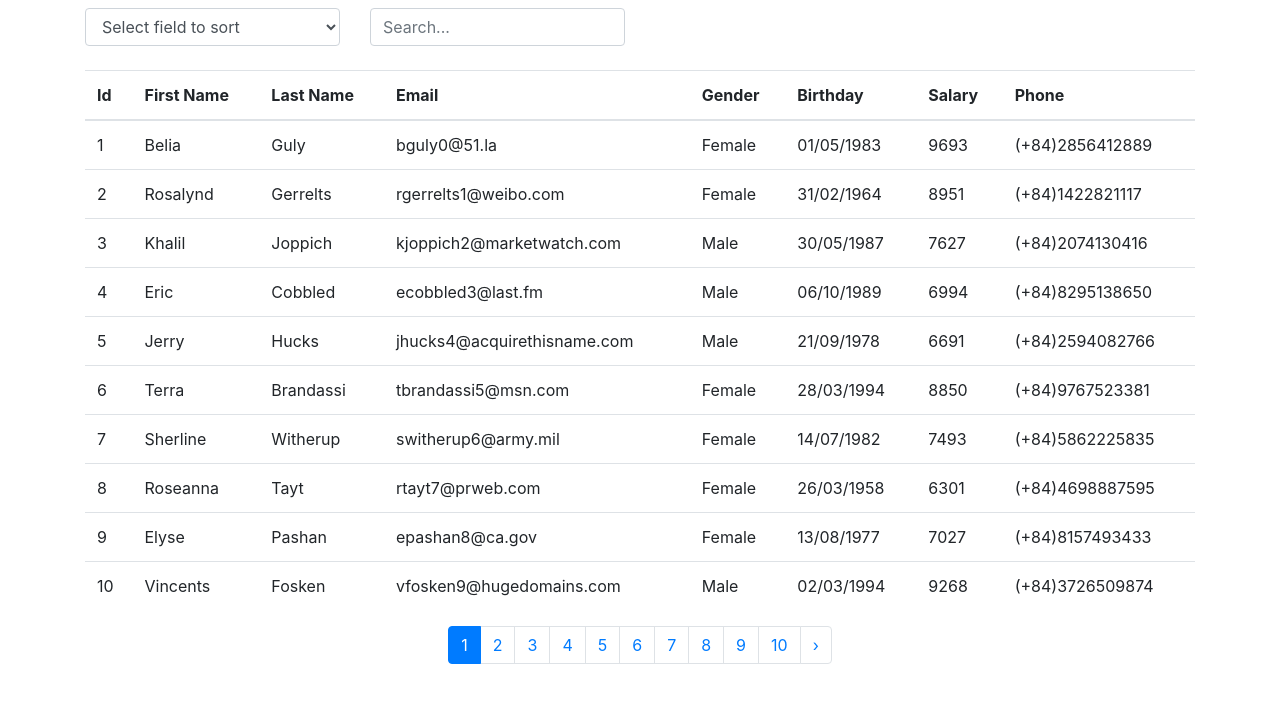
Repository: nguy3nds/table-app
Page: /
The author's editor kept a copy of each file at every save. The page is drawn from the files as they stood at one save, then again after the next save.
The browser window is 1280 px wide. The pictures show the whole page.
The project was rebuilt for these pictures with package versions that can differ from the ones it lists, and the page was loaded fresh each time.

Above is the page before, as saved 2021-09-21 14:50:34.

### src/index.tsx
import React from 'react';
import ReactDOM from 'react-dom';
import './index.css';
import App from './App';
import reportWebVitals from './reportWebVitals';
import 'bootstrap/dist/css/bootstrap.min.css';

ReactDOM.render(
  <React.StrictMode>
    <App />
  </React.StrictMode>,
  document.getElementById('root')
);

// If you want to start measuring performance in your app, pass a function
// to log results (for example: reportWebVitals(console.log))
// or send to an analytics endpoint. Learn more: https://bit.ly/CRA-vitals
reportWebVitals();

### src/App.tsx
import "./App.css";
import Data from "./users.json";
import Form from "react-bootstrap/Form";
import { Col, Container, Row, Table } from "react-bootstrap";
import { ChangeEvent, useEffect, useState } from "react";
import PaginateComponent from "./components/PaginateComponent";
import SelectionBox from "./components/SelectionBox";
import UserInOnePage from "./components/UserInOnePage";

export interface User {
  id: number;
  firstName: string;
  lastName: string;
  email: string;
  gender: string;
  birthday: string;
  salary: number;
  phone: string;
}

const App: React.FC = () => {
  const [users, setUsers] = useState<User[]>([]);
  const [data, setData] = useState<User[]>(Data);
  const [currentPage, setCurrentPage] = useState<number>(1);

  const USER_PER_PAGE = 10;

  useEffect(() => {
    const indexLastUser = currentPage * USER_PER_PAGE;
    const indexFirstUser = indexLastUser - USER_PER_PAGE;
    const currentUsers = data.slice(indexFirstUser, indexLastUser);

    setUsers(currentUsers);
  }, [currentPage, data]);

  const onSort = (e: React.ChangeEvent<HTMLInputElement>) => {
    let keyObj: keyof User = e.target.value as keyof User;
    let sortedUsers = users.sort((a: User, b: User) => {
      if (a[keyObj] < b[keyObj]) return -1;
      if (a[keyObj] > b[keyObj]) return 1;
      return 0;
    });
    setUsers([...sortedUsers]);
  };

  const onSelectedPage = (pageNum: number) => {
    setCurrentPage(pageNum);
  };

  const onPrev = () => {
    setCurrentPage(currentPage - 1);
  };

  const onNext = () => {
    setCurrentPage(currentPage + 1);
  };

  const onSearch = (e: ChangeEvent<HTMLInputElement>) => {
    let searchUsers = Data.filter((user: User) => {
      for (let prop in user) {
        if (
          user[prop as keyof User]
            .toString()
            .toLowerCase()
            .includes(e.target.value.toLowerCase())
        ) {
          return user;
        }
      }
      return false;
    });
    setData(searchUsers);
  };

  return (
    <div className="App">
      <Container>
        <Table>
          <Row className="my-2">
            <Col md={3}>
              <SelectionBox handleSelection={onSort} />
            </Col>
            <Col md={3}>
              <Form>
                <Form.Group>
                  <input
                    className="form-control"
                    type="text"
                    placeholder="Search..."
                    onChange={onSearch}
                  />
                </Form.Group>
              </Form>
            </Col>
          </Row>

          <UserInOnePage users={users} />

          {data.length !== 0 && (
            <Row className="justify-content-center">
              <PaginateComponent
                pageNumber={Math.ceil(data.length / USER_PER_PAGE)}
                currentPage={currentPage}
                onSelectPage={onSelectedPage}
                handlePrev={onPrev}
                handleNext={onNext}
              />
            </Row>
          )}

          {data.length === 0 && (
            <Row className="justify-content-center">
              <p>Couldn't find anything for these key words</p>
            </Row>
          )}
        </Table>
      </Container>
    </div>
  );
};

export default App;

### src/components/PaginateComponent.tsx
import { Pagination } from 'react-bootstrap';

function PaginateComponent({ pageNumber, currentPage, onSelectPage, handlePrev, handleNext }: any) {
    let items = [];
    for (let number = 1; number <= pageNumber; number++) {
        items.push(
            <Pagination.Item key={number} active={number === currentPage} onClick={() => onSelectPage(number)}>
                {number}
            </Pagination.Item>,
        );
    }
    return (
        <div>
            <Pagination>
                {currentPage !== 1 && <Pagination.Prev onClick={handlePrev} />}
                {items}
                {currentPage !== pageNumber && <Pagination.Next onClick={handleNext}/>}
            </Pagination>
        </div>
    );
}

export default PaginateComponent;

### src/components/SelectionBox.tsx
import Form from "react-bootstrap/Form";
import React from "react";

// // Type '{ handleSelection: (e: ChangeEvent<HTMLInputElement>) => void; }' is not assignable to type 'IntrinsicAttributes & Event & { children?: ReactNode; }'.
//   Property 'handleSelection' does not exist on type 'IntrinsicAttributes & Event & { children?: ReactNode; }'.

const SelectionBox: React.FC<any> = ({ handleSelection }) => {
  return (
    <Form>
      <Form.Group>
        <Form.Control as="select" onChange={handleSelection}>
          <option>Select field to sort</option>
          <option value={"id"}>Id</option>
          <option value={"firstName"}>First Name</option>
          <option value={"lastName"}>Last Name</option>
          <option value={"email"}>Email</option>
          <option value={"gender"}>Gender</option>
          <option value={"birthday"}>Birthday</option>
          <option value={"salary"}>Salary</option>
          <option value={"phone"}>Phone</option>
        </Form.Control>
      </Form.Group>
    </Form>
  );
};

export default SelectionBox;

### src/components/UserInOnePage.tsx
import React from "react";
import Col from "react-bootstrap/esm/Col";
import Row from "react-bootstrap/esm/Row";
import TableData from "./TableData";

const UserInOnePage = (props: any) => {
  const formatDate = (date: string): string => {
    let d = new Date(date);
    let day =
      d.getDate().toString().length === 2
        ? d.getDate().toString()
        : "0" + d.getDate().toString();
    let month =
      d.getMonth().toString().length === 2
        ? d.getMonth().toString()
        : "0" + d.getMonth().toString();
    return day + "/" + month + "/" + d.getFullYear().toString();
  };

  const content = props.users.map((user: any) => (
    <tr key={user.id}>
      <td>{user.id}</td>
      <td>{user.firstName}</td>
      <td>{user.lastName}</td>
      <td>{user.email}</td>
      <td>{user.gender}</td>
      <td>{formatDate(user.birthday)}</td>
      <td>{user.salary}</td>
      <td>{"(+84)" + user.phone.replace(/-/g, "")}</td>
    </tr>
  ));

  return (
    <div>
      {props.users.length !== 0 && (
        <Row>
          <Col>
            <TableData content={content} />
          </Col>
        </Row>
      )}
    </div>
  );
};

export default UserInOnePage;

### src/components/TableData.tsx
import React from "react";
import Table from "react-bootstrap/Table";

const TableData: React.FC<any> = ({ content }) => {
  return (
    <Table>
      <thead>
        <tr>
          <th>Id</th>
          <th>First Name</th>
          <th>Last Name</th>
          <th>Email</th>
          <th>Gender</th>
          <th>Birthday</th>
          <th>Salary</th>
          <th>Phone</th>
        </tr>
      </thead>
      <tbody>{content}</tbody>
    </Table>
  );
};

export default TableData;

Loaded but not shown: public/index.html (common file); src/index.css (common file); src/reportWebVitals.ts (common file); src/users.json (1002 lines, source omitted); src/App.css (no stored copy; drawn as an empty file)

After the next save:
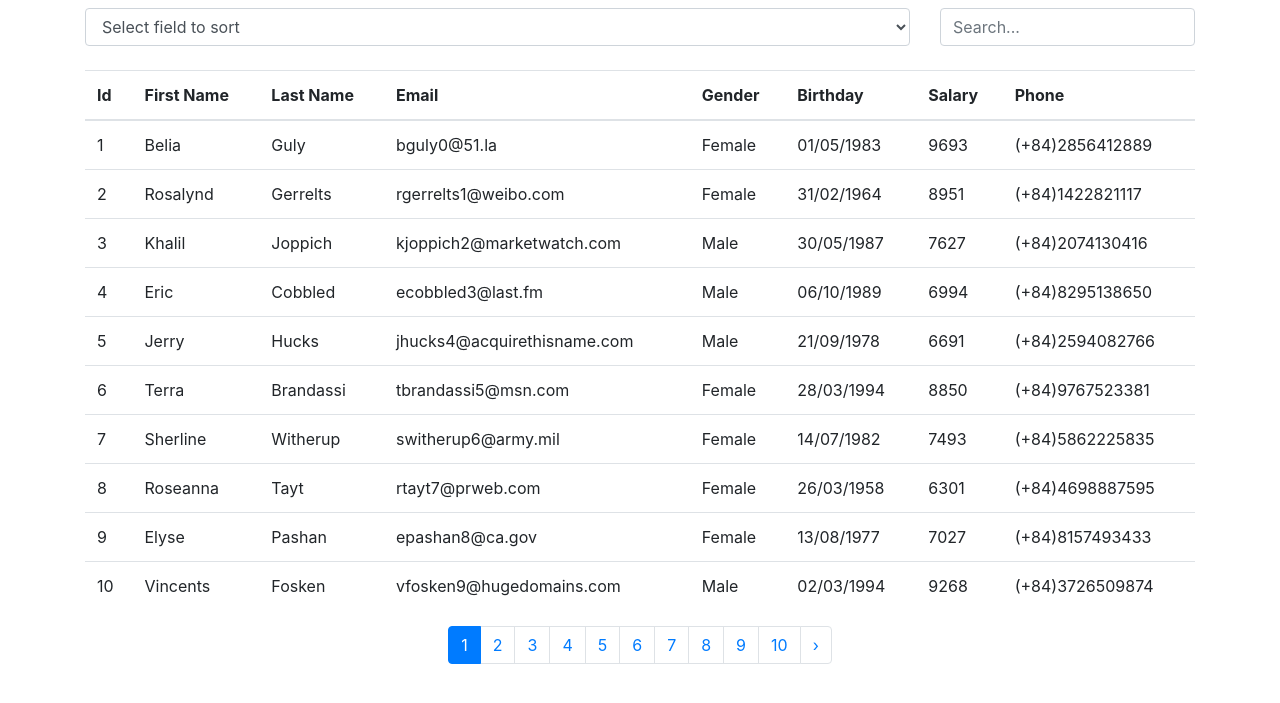
Saved 51 s later.
--- a/src/App.tsx
+++ b/src/App.tsx
@@ -77,7 +77,7 @@ const App: React.FC = () => {
       <Container>
         <Table>
           <Row className="my-2">
-            <Col md={3}>
+            <Col>
               <SelectionBox handleSelection={onSort} />
             </Col>
             <Col md={3}>
